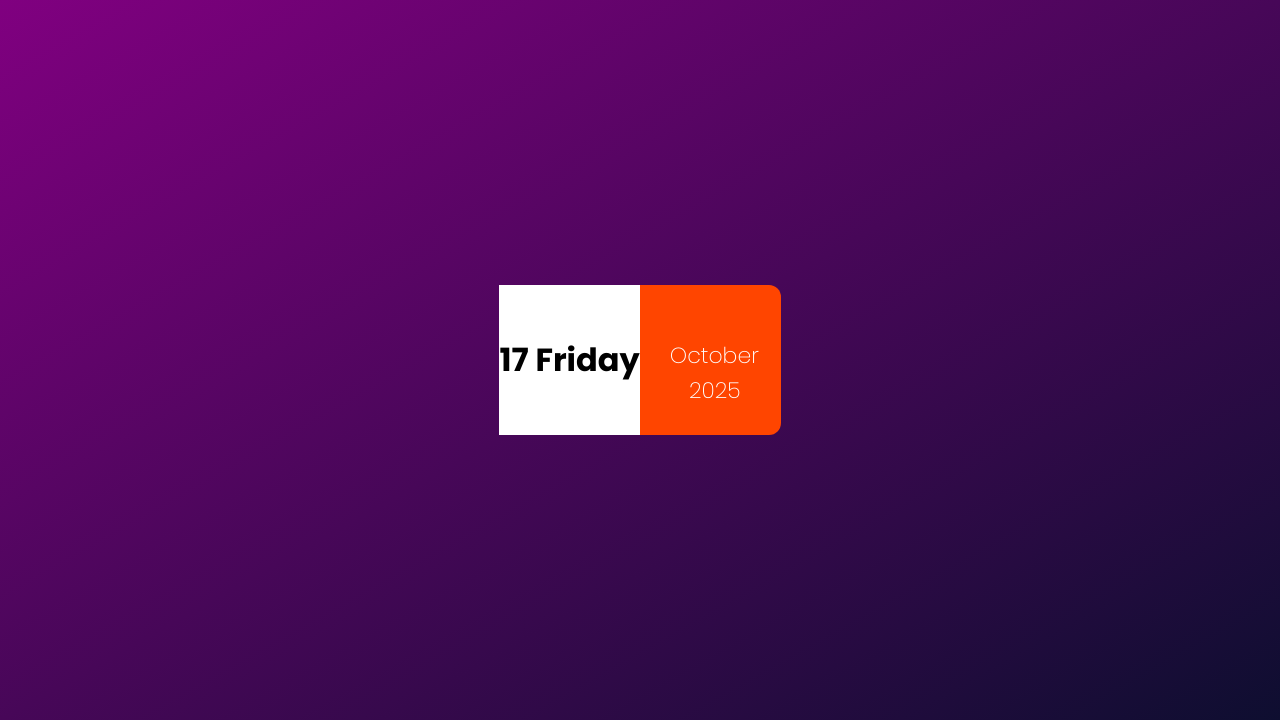
Repository: Ankitkr2021/Calendar
Page: index.html
The author's editor kept a copy of each file at every save. The page is drawn from the files as they stood at one save, then again after the next save.
The browser window is 1280 px wide. The pictures show the whole page.

Above is the page before, as saved 2025-10-17 19:29:45.

### index.html
<!DOCTYPE html>
<html lang="en">
<head>
    <meta charset="UTF-8">
    <meta name="viewport" content="width=device-width, initial-scale=1.0">
    <title>Document</title>
    <link rel="stylesheet" href="./style.css">
</head>
<body>
    <div class="box">
        <div class="date"><h1>17 Friday</h1></div>
        <div class="month">
            <div class="mon">October</div>
            <div class="year">2025</div>
        </div>
    </div>
</body>
</html>

### style.css
@import url('https://fonts.googleapis.com/css2?family=Poppins:wght@100;200;300;400;500;600;700;800;900&display=swap');

*{
    margin: 0;
    padding: 0;
    box-sizing: border-box;
    font-family: "Poppins",sans-serif;
}

.box {
    display: flex;
    align-items: center;
    justify-content: center;
    height: 100vh;
    background: linear-gradient(to bottom right, purple, rgb(14, 14, 48));
    color: #fff;
}

.date {
    background: #fff;
    color: #000;
    height: 150px;
    display: flex;
    align-items: center;
    justify-content: center;

}

.mon {
    /* display: flex;
    align-items: center;
    justify-content: center; */
    position: relative;
    left: 30px;
    top: 5px;
    font-size: 22px;
    font-weight: 200;
    margin-bottom: 20px;
}

.year {
    /* background: #fff; */
    position: relative;
    right: 40px;
    top: 30px;
     font-size: 22px;
    font-weight: 200;
}

.month{
    background: orangered;
    height: 150px;
    display: flex;
    align-items: center;
    justify-content: center;
    border-top-right-radius: 12px;
    border-bottom-right-radius: 12px;

}

After the next save:
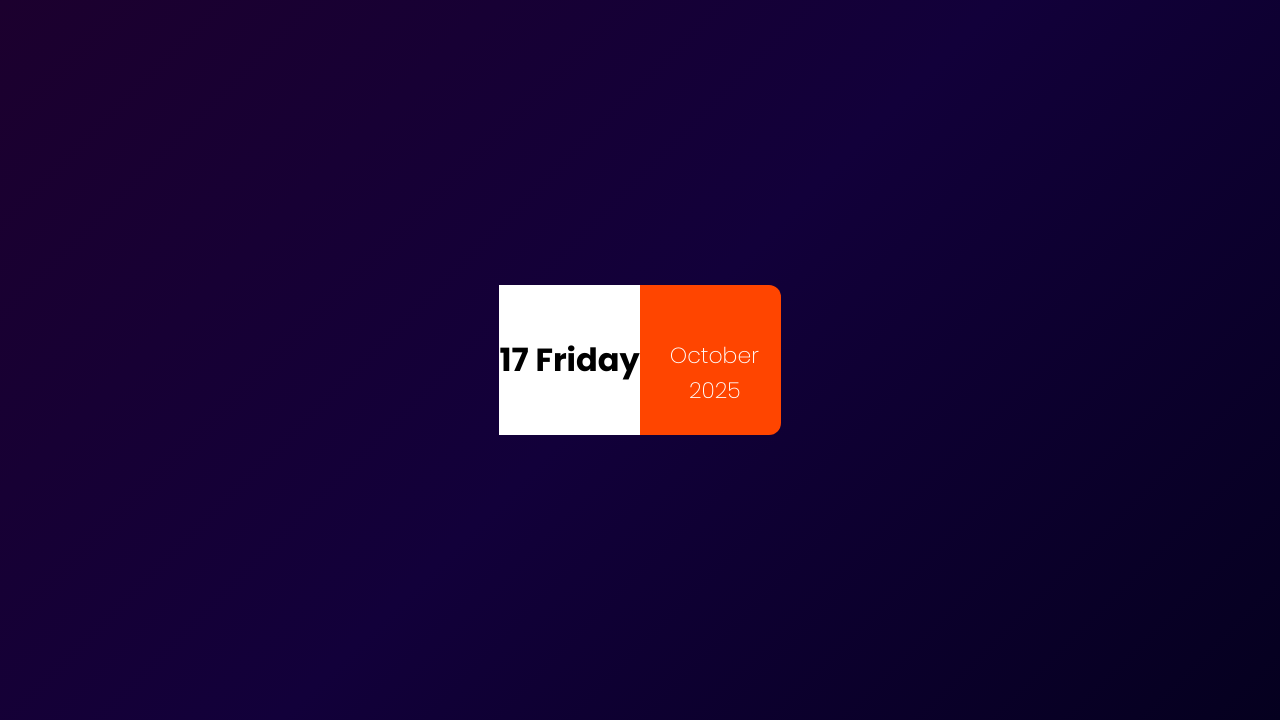
Saved 87 s later.
--- a/style.css
+++ b/style.css
@@ -12,7 +12,7 @@
     align-items: center;
     justify-content: center;
     height: 100vh;
-    background: linear-gradient(to bottom right, purple, rgb(14, 14, 48));
+    background: linear-gradient(135deg, #1c002e, #12003a 50%, #05001f 100%);
     color: #fff;
 }
 
